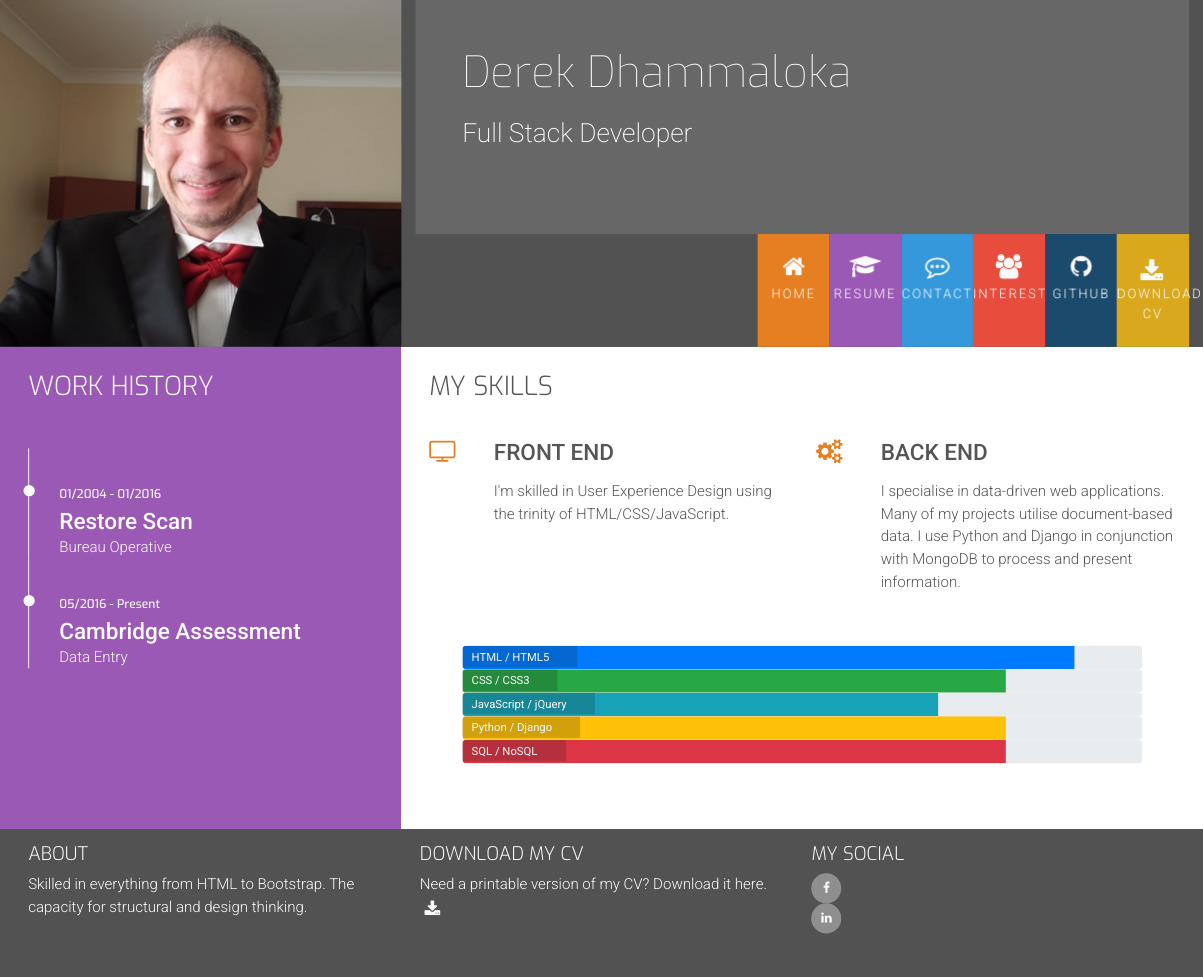
Repository: derektypist/derek-dhammaloka-cv
Page: resume.html
The author's editor kept a record of every edit. The page is drawn from the files as they stood at one moment, then again after the next edit.
The browser window is 1280 px wide. The pictures show the whole page, at 94% of full size.
Some web libraries are served in a nearby version.

Above is the page before.

After the next edit:
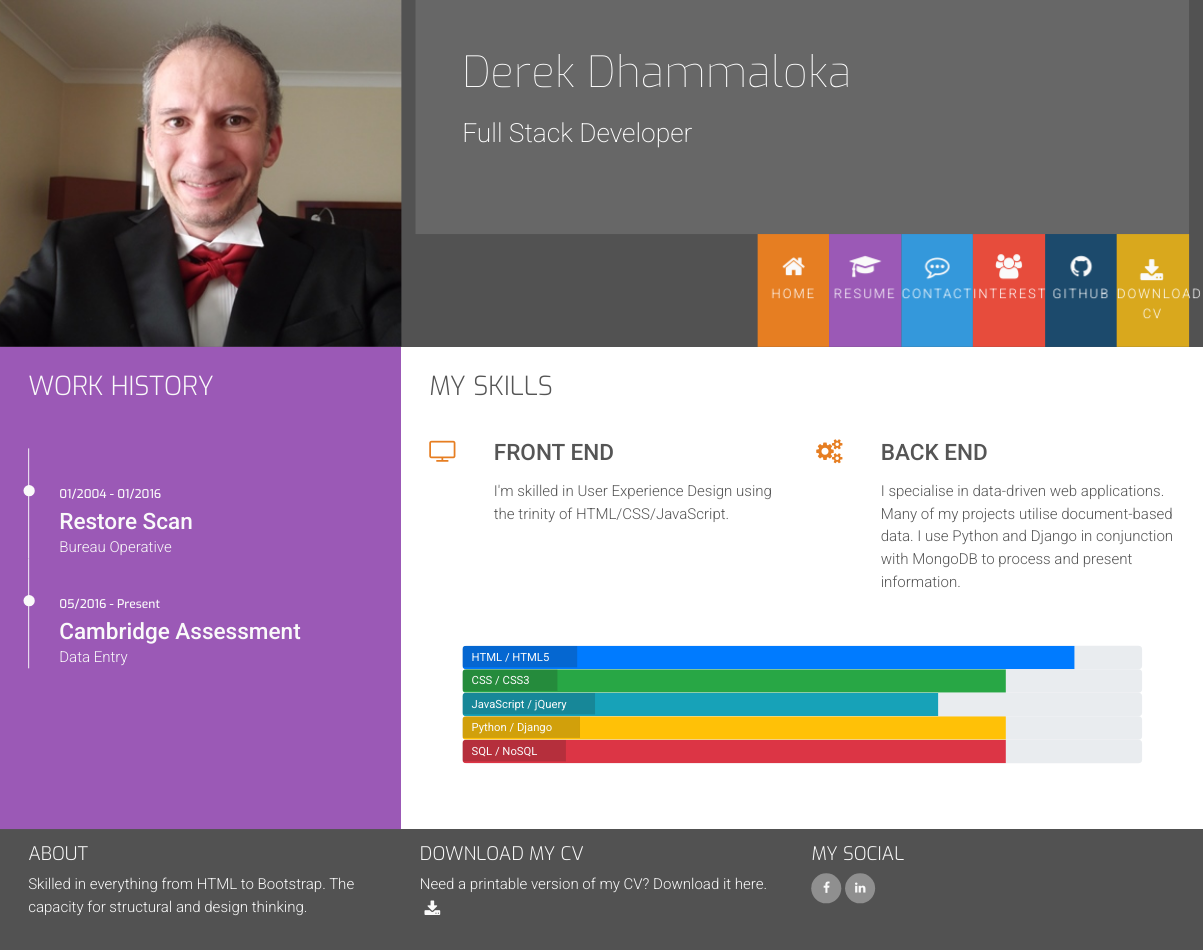
The edit:
--- a/resume.html
+++ b/resume.html
@@ -164,7 +164,7 @@
             </div>
         </section>
 
-        <footer class="container-fluid">
+       <footer class="container-fluid">
         <div class="row" id="footer-details">
             <div class="col-sm-4">
                 <h5 class="uppercase general-sub">About</h5>
@@ -187,8 +187,8 @@
             <div class="col-sm-4">
                 <h5 class="uppercase general-sub">My Social</h5>
                 <ul class="list-inline social-links">
-                    <li><a target="_blank" href="https://www.facebook.com/derek.dhammaloka"><i class="fa fa-facebook"></i></a></li>
-                    <li><a target="_blank" href="https://www.linkedin.com/in/derekdhammaloka"><i class="fa fa-linkedin"></i></a></li>
+                    <li class="list-inline-item"><a target="_blank" href="https://www.facebook.com/derek.dhammaloka"><i class="fa fa-facebook"></i></a></li>
+                    <li class="list-inline-item"><a target="_blank" href="https://www.linkedin.com/in/derekdhammaloka"><i class="fa fa-linkedin"></i></a></li>
                 </ul>
 
             </div>
